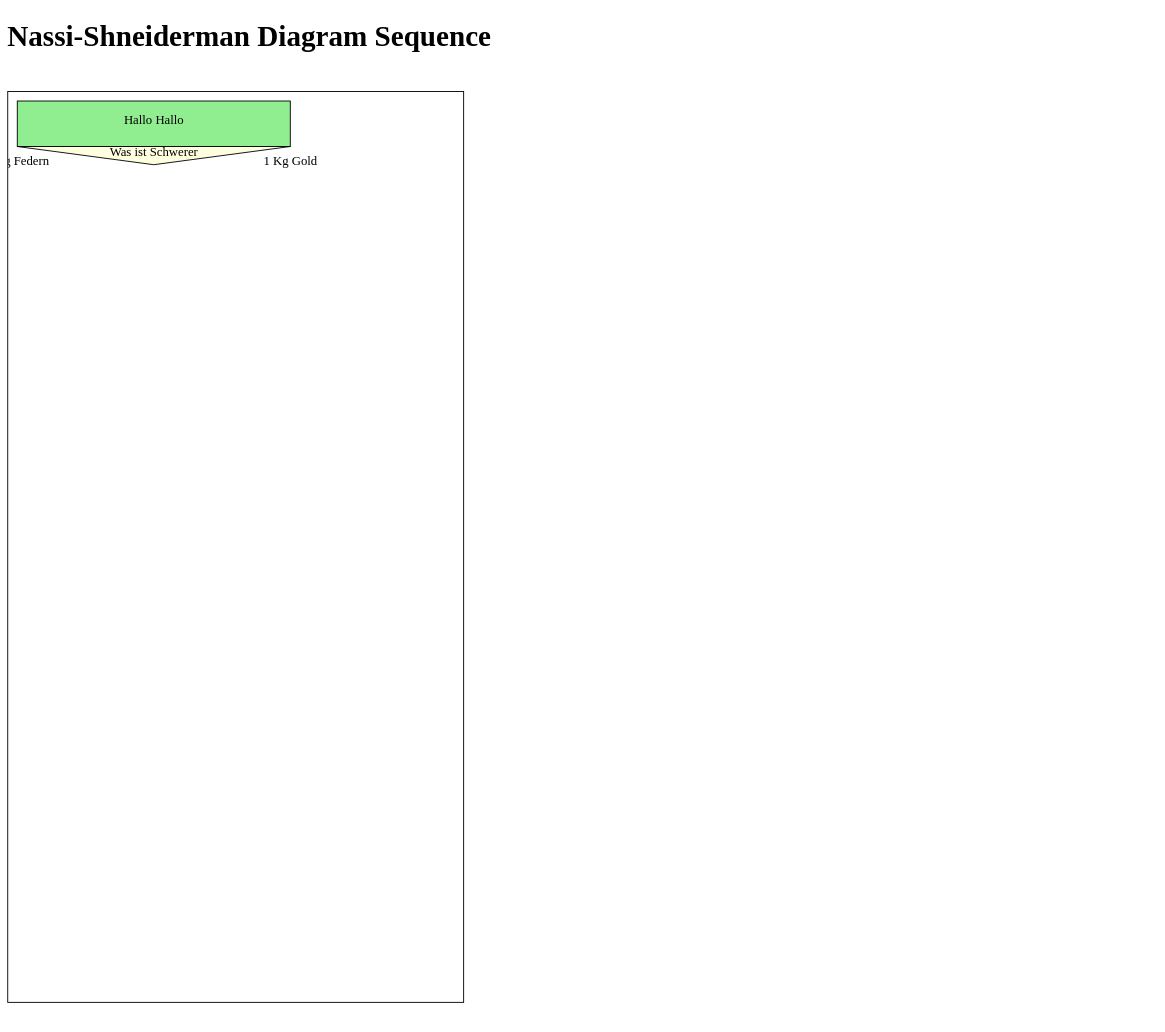
Repository: fabsch225/Nassi-Shneiderman-Compiler
Page: demo.html
These files come from the project's save history. The page is drawn as it stood at one moment and after the next save; the edit follows.
The browser window is 1280 px wide. The pictures show the whole page, at 91% of full size.

Above is the page before, as saved 2024-05-15 21:41:59.

### demo.html
<!DOCTYPE html>
<html lang="en">
<head>
<meta charset="UTF-8">
<meta name="viewport" content="width=device-width, initial-scale=1.0">
<title>Nassi-Shneiderman Diagram Sequence</title>
<script src="src/nassi_svg_api.js"></script>
<style>
    svg {
        border: 1px solid black;
        margin: 20px auto;
        width: 500px;
        height: 1000px;
    }
</style>
</head>
<body>
<h1>Nassi-Shneiderman Diagram Sequence</h1>
<svg id="canvas" ></svg>
<script>
    var svgContainer = document.getElementById('canvas');
    svgContainer.innerHTML += createSequenceBlock(10, 10, 300, 50, "Hallo Hallo").svgAppendix;
    svgContainer.innerHTML += createDecisionBlock(10, 60, 300, 50, "Was ist Schwerer", "1 Kg Federn", "1 Kg Gold").svgAppendix;
</script>
</body>
</html>

### src/nassi_svg_api.js
function createStartEndBlock(x, y, width, height) {
    var h = 20;
    var svgAppendix =  `<rect x="${x}" y="${y}" width="${width}" height="${h}" stroke="black" fill="lightblue" />
        <text x="${x + width / 2}" y="${y + height / 2}" font-size="14px" fill="black" text-anchor="middle">Start</text>`;
    svgAppendix +=  `<rect x="${x}" y="${y + height - h}" width="${width}" height="${h}" stroke="black" fill="lightblue" />
        <text x="${x + width / 2}" y="${y + height / 2}" font-size="14px" fill="black" text-anchor="middle">End</text>`;
    var child = {start_x: x, start_y: y + h, width: width, height: height - 2 * h};

    return {svgAppendix: svgAppendix, children: [child]};
}

function createSequenceBlock(x, y, width, height, content) {
    svgAppendix = `<rect x="${x}" y="${y}" width="${width}" height="${height}" stroke="black" fill="lightgreen" />
        <text x="${x + width / 2}" y="${y + height / 2}" font-size="14px" fill="black" text-anchor="middle">${content}</text>`;
    return {svgAppendix: svgAppendix, children: []};
}

function createDecisionBlock(x, y, width, height, question, answerA, answerB) {
    var h = 20;
    var h_extra = 10;
    svgAppendix = `<polygon points="${x},${y} ${x + width},${y} ${x + width / 2},${y + h}" stroke="black" fill="lightyellow" />
        <polygon points="${x},${y} ${x, y + h + h_extra}" stroke="black" fill="lightyellow" />
        <text x="${x + width / 2}" y="${y + h / 2}" font-size="14px" fill="black" text-anchor="middle">${question}</text>
        <text x="${x}" y="${y + h}" font-size="14px" fill="black" text-anchor="middle">${answerA}</text>
        <text x="${x + width}" y="${y + h}" font-size="14px" fill="black" text-anchor="middle">${answerB}</text>`;

    childA = {start_x: x, start_y: y + h, width: width / 2, height: height - h};
    childB = {start_x: x + width / 2, start_y: y + h, width: width / 2, height: height - h};

    return {svgAppendix: svgAppendix, children: [childA, childB]};
}

// TODO: function createSwitchCaseBlock

After the next save:
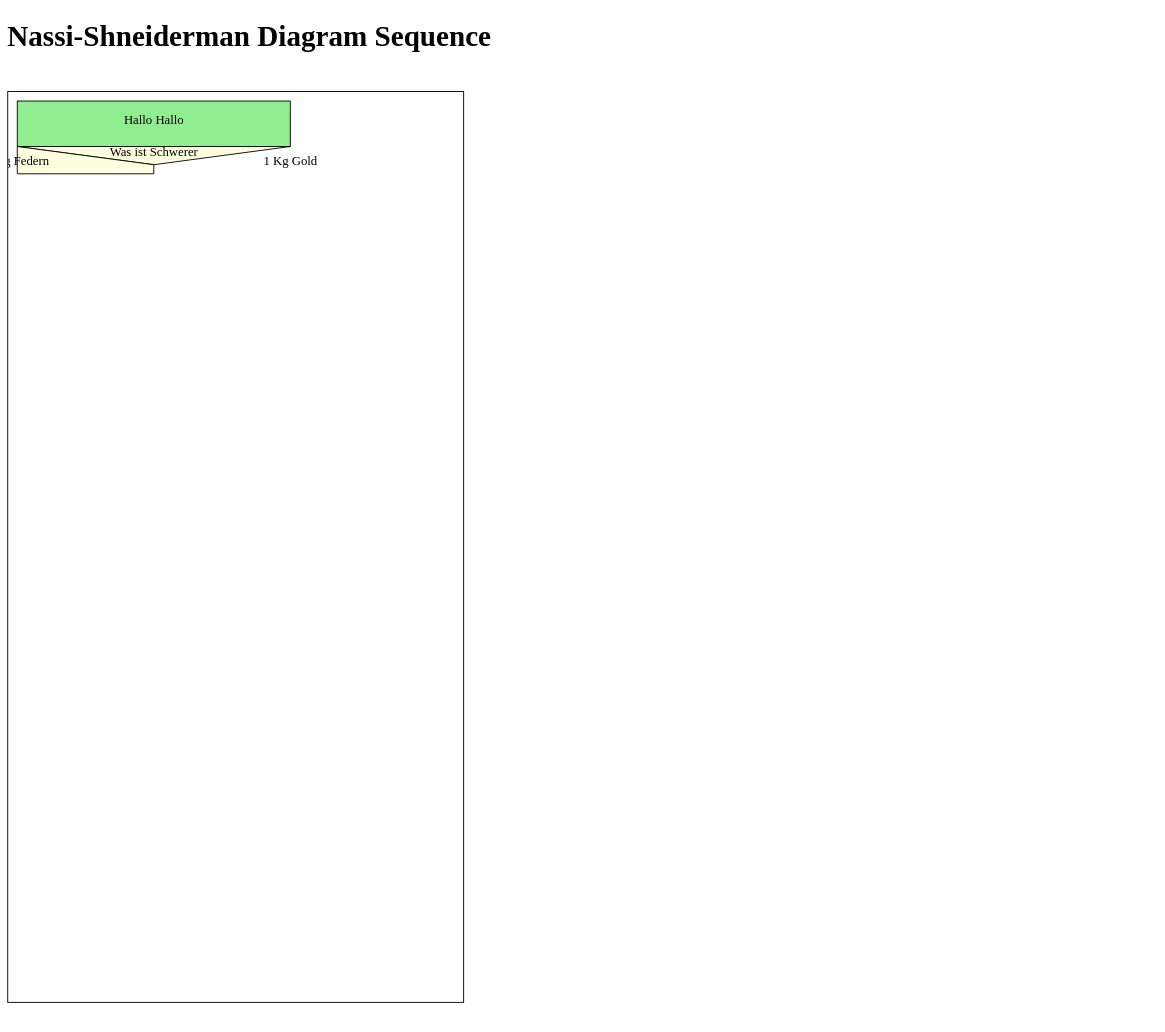
Saved 52 s later.
--- a/src/nassi_svg_api.js
+++ b/src/nassi_svg_api.js
@@ -19,7 +19,7 @@ function createDecisionBlock(x, y, width, height, question, answerA, answerB) {
     var h = 20;
     var h_extra = 10;
     svgAppendix = `<polygon points="${x},${y} ${x + width},${y} ${x + width / 2},${y + h}" stroke="black" fill="lightyellow" />
-        <polygon points="${x},${y} ${x, y + h + h_extra}" stroke="black" fill="lightyellow" />
+        <polygon points="${x},${y} ${x},${y + h + h_extra} ${x + width / 2},${y + h + h_extra} ${x + width / 2},${y + h}" stroke="black" fill="lightyellow" />
         <text x="${x + width / 2}" y="${y + h / 2}" font-size="14px" fill="black" text-anchor="middle">${question}</text>
         <text x="${x}" y="${y + h}" font-size="14px" fill="black" text-anchor="middle">${answerA}</text>
         <text x="${x + width}" y="${y + h}" font-size="14px" fill="black" text-anchor="middle">${answerB}</text>`;
